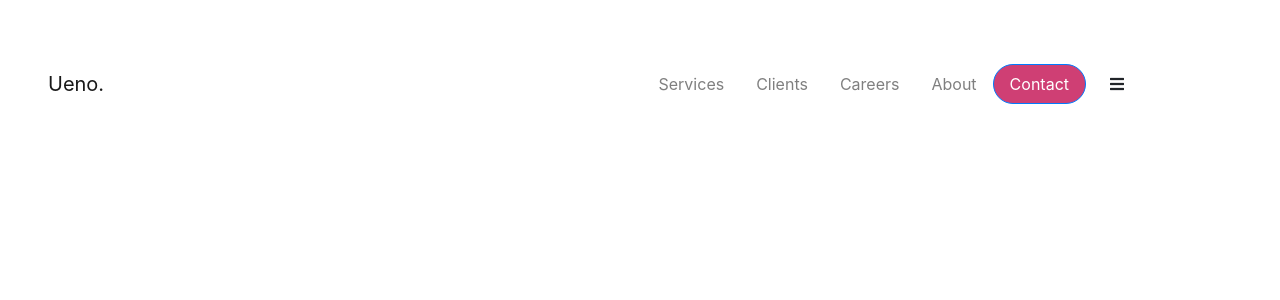
Repository: DeepaPrasanna/UenoClone
Page: /
An editor plug-in stored every save of this project. The page is shown before and after the next save, followed by the edit.
The browser window is 1280 px wide. The pictures show the whole page.
The project was rebuilt for these pictures with package versions that can differ from the ones it lists, and the page was loaded fresh each time.

Above is the page before, as saved 2021-05-03 02:43:16.

After the next save:
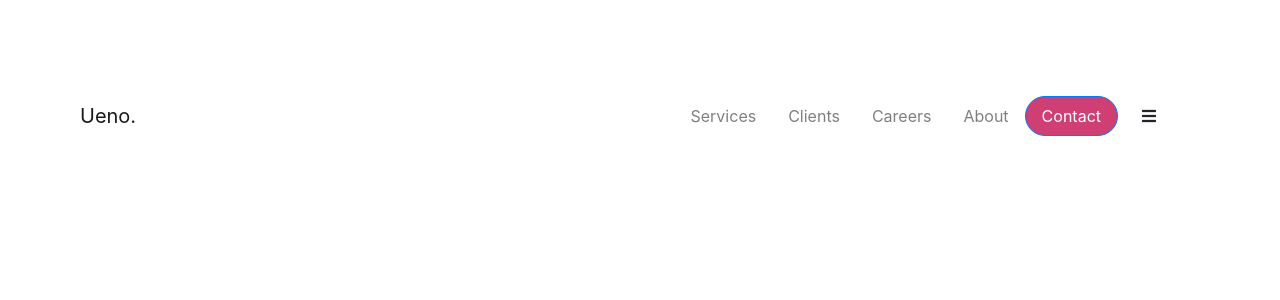
Saved 13 s later.
--- a/src/App.js
+++ b/src/App.js
@@ -5,7 +5,7 @@
 function App() {
   return (
     <div className="App">
-      <Container className="m-3 p-3">
+      <Container className="m-5 p-3">
         <Header />
       </Container>
     </div>
